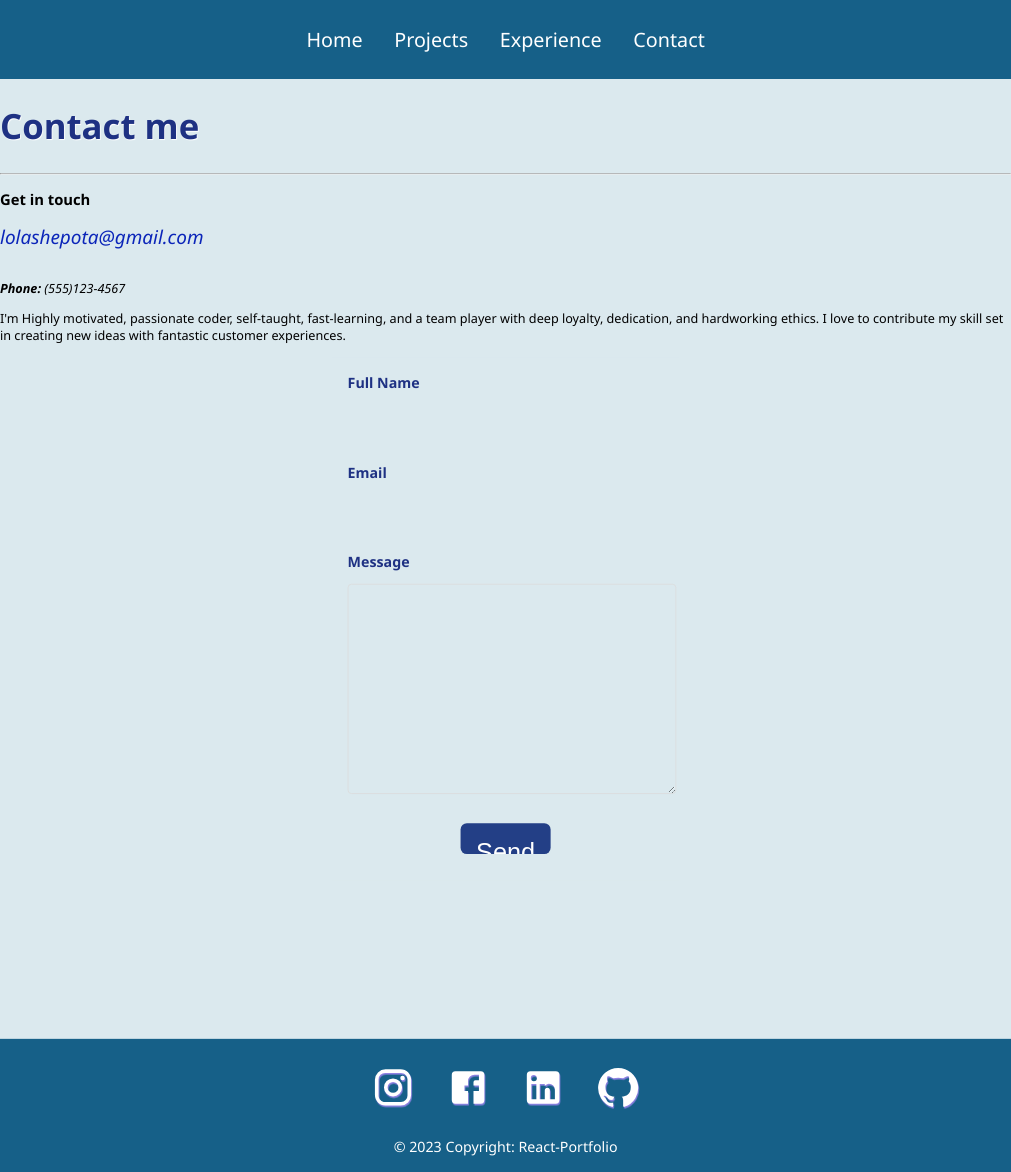
Repository: LolaSL/react-portfolio
Page: /contact
An editor plug-in stored every save of this project. The page is shown before and after the next save, followed by the edit.
The browser window is 1280 px wide. The pictures show the whole page, at 79% of full size.
The project was rebuilt for these pictures with package versions that can differ from the ones it lists, and the page was loaded fresh each time. Also part of the build but not shown: src/pages/Home/Style.css, src/pages/Home/Home.jsx, src/components/ProjectItem/Style.css, src/components/ProjectItem/ProjectItem.jsx, src/helpers/ProjectList.js, src/pages/Projects/Style.css, src/pages/Projects/Projects.jsx, src/pages/Experience/Style.css and 2 more.

Above is the page before, as saved 2023-09-27 17:36:22.

After the next save:
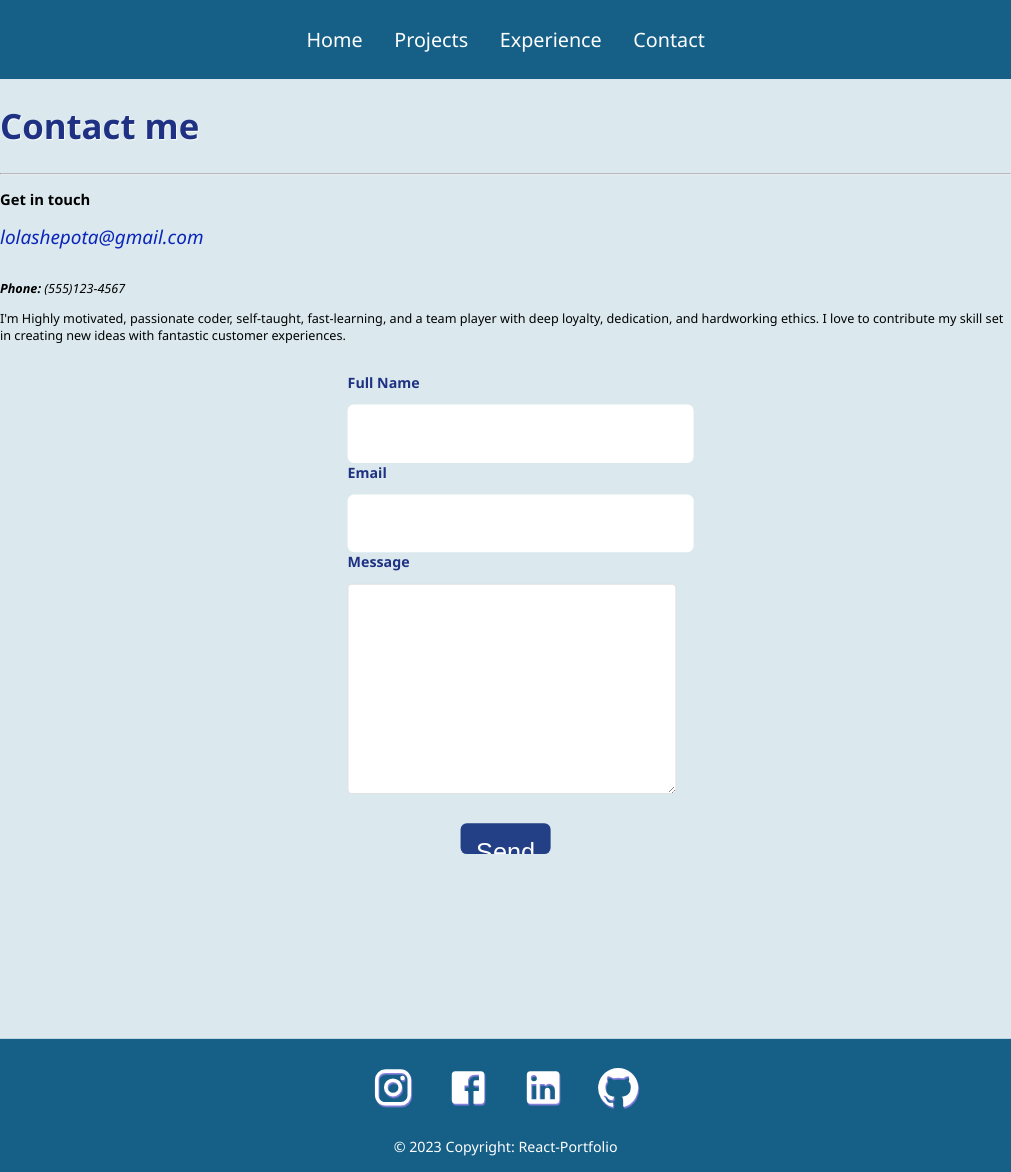
Saved 15 s later.
--- a/src/pages/Contact/Style.css
+++ b/src/pages/Contact/Style.css
@@ -36,7 +36,7 @@ h1{
     font-size: 2rem;
     padding: 1.2rem;
     color: grey;
-    background-color: var(--deep-dark);
+    background-color: ;
     outline: none;
     border: none;
     border-radius: 8px;
